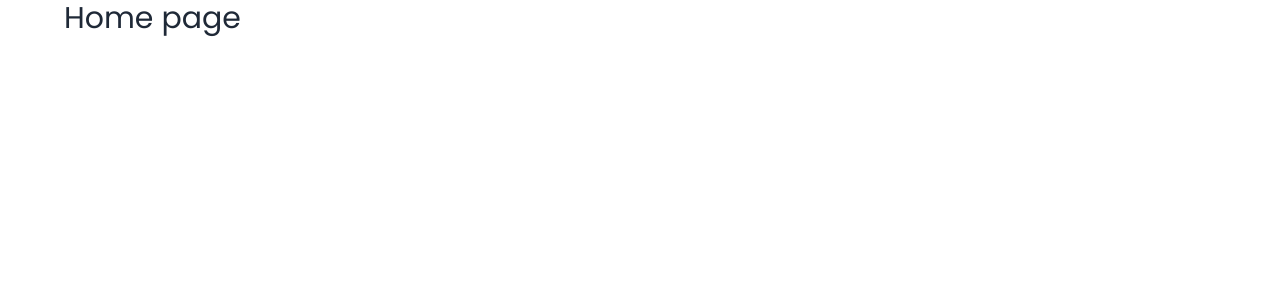
Repository: ShouravAhammed/react-dragon-news-auth
Page: /
The author's editor kept a copy of each file at every save. The page is drawn from the files as they stood at one save, then again after the next save.
The browser window is 1280 px wide. The pictures show the whole page.
The project was rebuilt for these pictures with package versions that can differ from the ones it lists, and the page was loaded fresh each time. Also part of the build but not shown: vite.config.js, src/pages/About/About.jsx, src/pages/Career/Career.jsx.

Above is the page before, as saved 2024-04-13 00:41:07.

After the next save:
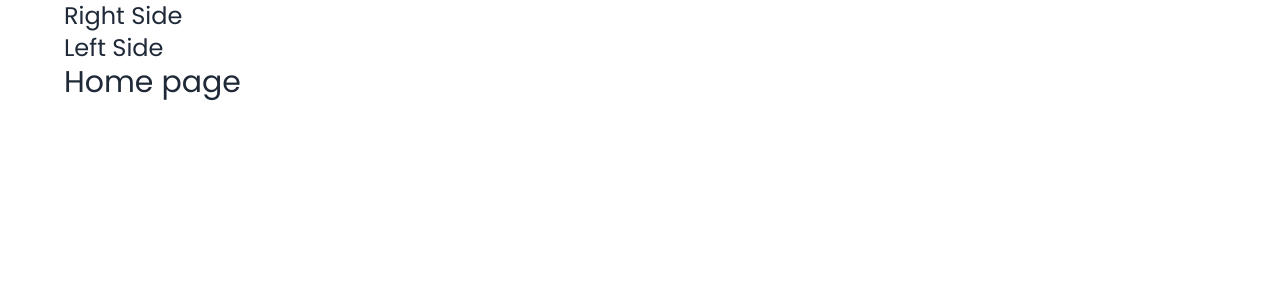
Saved 66 s later.
--- a/src/pages/Home/Home.jsx
+++ b/src/pages/Home/Home.jsx
@@ -1,8 +1,12 @@
+import LeftSideNav from "../Shared/LeftSideNav/LeftSideNav";
+import RightSideNav from "../Shared/RIghtSideNav/RightSideNav";
 
 
 const Home = () => {
     return (
         <div>
+            <RightSideNav></RightSideNav>
+            <LeftSideNav></LeftSideNav>
             <h3 className="text-3xl font-poppins">Home page</h3>
         </div>
     );
